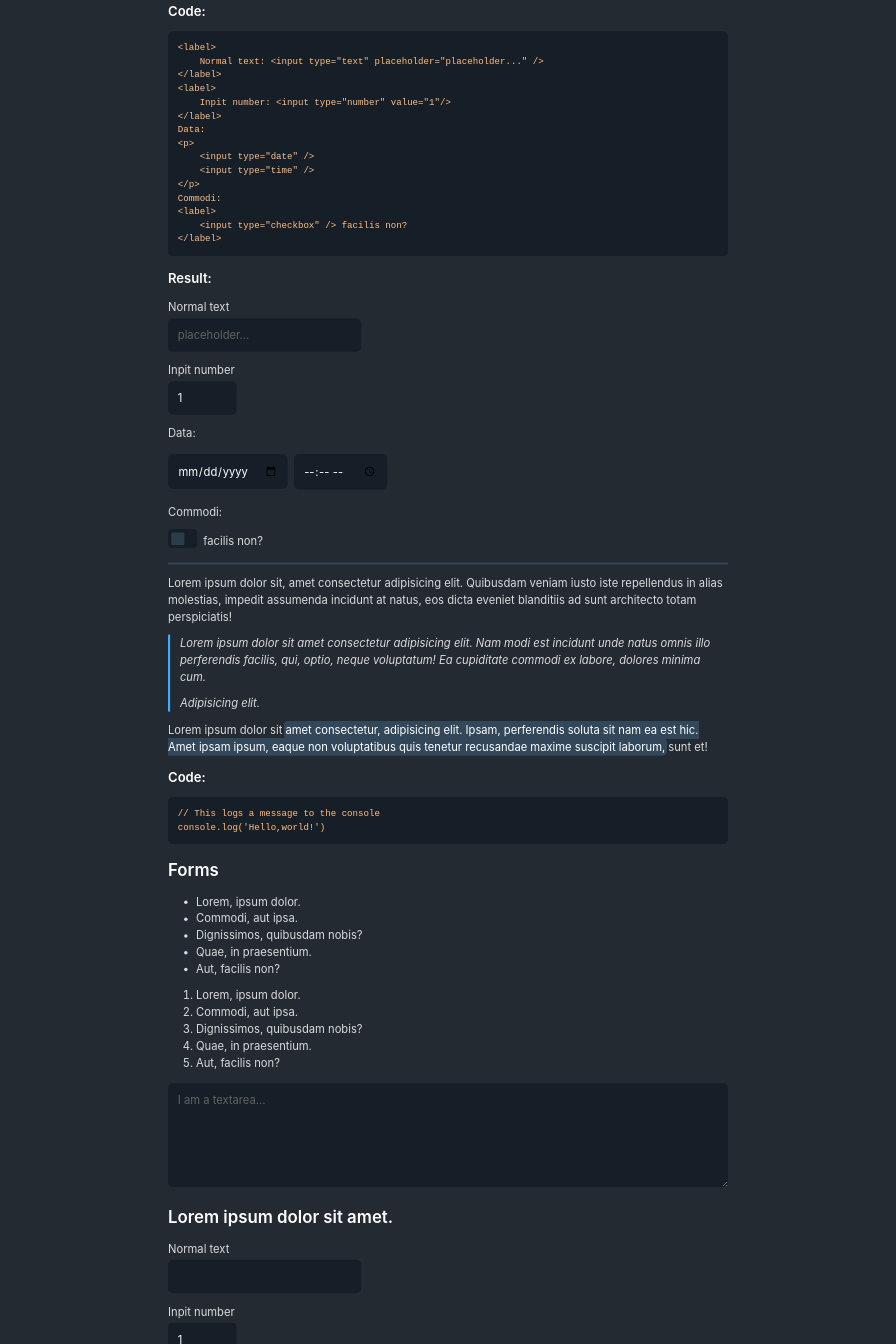
Repository: KozakBartosz/Draft
Page: index.html
An editor plug-in stored every save of this project. The page is shown before and after the next save, followed by the edit.
The browser window is 1280 px wide. The pictures show the part of the page from y = 622 to 2542 px (the page is 6247 px tall), at 70% of full size.

Above is the page before, as saved 2019-04-12 13:50:34.

### index.html
<!DOCTYPE html>
<html lang="en">
	<head>
		<meta charset="UTF-8" />
		<meta name="viewport" content="width=device-width, initial-scale=1.0" />
		<meta http-equiv="X-UA-Compatible" content="ie=edge" />
		<title>Draft.css</title>
		<link rel="stylesheet" href="draft.css" />
	</head>
	<body style="--sticky: calc(var(--mainpaddng) * 2 + 52px);">
		<header>
			<div style="float: right">
				Thema:
				<select name="" id="changethema">
					<option value="0">Defult</option>
					<option value="1">Defult mini</option>
					<option value="2">Light</option>
					<option value="3">Blood</option>
					<option value="4">Matrix</option>
				</select>
			</div>
			<h1 style="margin-bottom: 0">
				<input type="checkbox" checked="checked" /> Draft.css
			</h1>
		</header>
		<h1>The most simple css framwork</h1>
		<h2>What is <mark>draft.css</mark></h2>
		<p>
			Draft.css is targeted at quickly creating prototypes of forms and
			simple templates. Designed to written html code looked beautiful and
			did not require any class and non-standard elements.
		</p>

		<h2>Idea</h2>
		<p>
			The idea behind <strong>Draft.css</strong> is to create the most
			beautiful, useful and interesting styles without using Javascript.
		</p>
		<h2>How use?</h2>
		<p>
			All you have to do is add this code to the
			<mark>head</mark> section:
		</p>

		<pre><code>&lt;link rel="stylesheet" href="https://test.kozakbartosz.pl/draft/def.css" /&gt;</code></pre>

		<h1>Examples:</h1>

		<h3>Code:</h3>

		<pre><code>&lt;label&gt;<br />&nbsp; &nbsp; Normal text: &lt;input type="text" placeholder="placeholder..." /&gt;<br />&lt;/label&gt;<br />&lt;label&gt;<br />&nbsp; &nbsp; Inpit number: &lt;input type="number" value="1"/&gt;<br />&lt;/label&gt;<br />Data:<br />&lt;p&gt;<br />&nbsp; &nbsp; &lt;input type="date" /&gt;<br />&nbsp; &nbsp; &lt;input type="time" /&gt;<br />&lt;/p&gt;<br />Commodi:<br />&lt;label&gt;<br />&nbsp; &nbsp; &lt;input type="checkbox" /&gt; facilis non?<br />&lt;/label&gt;</code></pre>
		<h3>Result:</h3>
		<label>
			Normal text
			<input type="text" placeholder="placeholder..." />
		</label>
		<label>
			Inpit number
			<input type="number" value="1" />
		</label>
		Data:
		<p>
			<input type="date" />
			<input type="time" />
		</p>
		Commodi:
		<label> <input type="checkbox" /> facilis non? </label>

		<hr />

		<p>
			Lorem ipsum dolor sit, amet consectetur adipisicing elit. Quibusdam
			veniam iusto iste repellendus in alias molestias, impedit assumenda
			incidunt at natus, eos dicta eveniet blanditiis ad sunt architecto
			totam perspiciatis!
		</p>

		<cite>
			<p>
				Lorem ipsum dolor sit amet consectetur adipisicing elit. Nam
				modi est incidunt unde natus omnis illo perferendis facilis,
				qui, optio, neque voluptatum! Ea cupiditate commodi ex labore,
				dolores minima cum.
			</p>
			<p>Adipisicing elit.</p>
		</cite>

		<p>
			Lorem ipsum dolor sit
			<mark
				>amet consectetur, adipisicing elit. Ipsam, perferendis soluta
				sit nam ea est hic. Amet ipsam ipsum, eaque non voluptatibus
				quis tenetur recusandae maxime suscipit laborum,</mark
			>
			sunt et!
		</p>

		<h3>Code:</h3>
		<pre><code>// This logs a message to the console<br />console.log('Hello,world!')</code></pre>

		<h2>Forms</h2>

		<ul>
			<li>Lorem, ipsum dolor.</li>
			<li>Commodi, aut ipsa.</li>
			<li>Dignissimos, quibusdam nobis?</li>
			<li>Quae, in praesentium.</li>
			<li>Aut, facilis non?</li>
		</ul>
		<ol>
			<li>Lorem, ipsum dolor.</li>
			<li>Commodi, aut ipsa.</li>
			<li>Dignissimos, quibusdam nobis?</li>
			<li>Quae, in praesentium.</li>
			<li>Aut, facilis non?</li>
		</ol>
		<textarea
			name="about"
			id="about"
			placeholder="I am a textarea..."
			rows="6"
		></textarea>
		<h2>Lorem ipsum dolor sit amet.</h2>
		<label>
			Normal text
			<input type="text" />
		</label>
		<label>
			Inpit number <input type="number" / value="1">
		</label>
		Date:
		<p>
			<input type="date" />
			<input type="time" />
		</p>
		<label>
			Nazwa:
			<select name="" id="">
				<option value="">Wybierz</option>
				<option value="">Fuga aut vero</option>
				<option value="">veritatis accusamus</option>
				<option value="">quam</option>
			</select>
		</label>
		<label>
			Nazwa:
			<select name="" id="" multiple>
				<option value="">consectetur adipisicing</option>
				<option value="">Nemo nihil unde</option>
				<option value="">animi mollitia</option>
				<option value="">dolor sit amet</option>
			</select>
		</label>

		<h2>Simple table</h2>

		<table>
			<tr>
				<th>lorem</th>
				<th>lorem</th>
				<th>lorem</th>
			</tr>
			<tr>
				<td>lorem</td>
				<td>lorem</td>
				<td>lorem</td>
			</tr>
			<tr>
				<td>lorem</td>
				<td>lorem</td>
				<td>lorem</td>
			</tr>
		</table>

		<h2>Adv table</h2>
		<p>
			When we added the <code>&lt;thead&gt;</code> and
			<code>&lt;tbody&gt;</code> table has
			<code>table-layout: fixed</code> and
			<code>position: sticky</code> for thead
		</p>

		<table>
			<thead>
				<tr>
					<th width="5%">#</th>
					<th>Kod</th>
					<th>Nazwa</th>
					<th>Opis</th>
					<th width="120px"></th>
				</tr>
			</thead>
			<tbody>
				<tr>
					<td width="5%">1</td>
					<td><code>EDG-651</code></td>
					<td>Lorem ipsum dolor</td>
					<td>
						Lorem ipsum dolor sit amet, consectetur adipisicing
						elitdolor sitamet
					</td>
					<td width="120px" style="text-align: right;">
						<input type="checkbox" />
					</td>
				</tr>
				<tr>
					<td width="5%">2</td>
					<td><code>EDG-652</code></td>
					<td>Lorem ipsum dolor</td>
					<td>
						Lorem ipsum dolor sit amet, consectetur adipisicing
						elitdolor sitamet
					</td>
					<td width="120px" style="text-align: right;">
						<input type="checkbox" />
					</td>
				</tr>
				<tr>
					<td width="5%">3</td>
					<td><code>EDX-652*</code></td>
					<td>Lorem ipsum dolor</td>
					<td>
						Lorem ipsum dolor sit amet, consectetur adipisicing
						elitdolor sitamet
					</td>
					<td width="120px" style="text-align: right;">
						<input type="checkbox" />
					</td>
				</tr>
				<tr>
					<td width="5%">5</td>
					<td><code>EDD-655</code></td>
					<td>Lorem ipsum dolor</td>
					<td>
						Lorem ipsum dolor sit amet, consectetur adipisicing
						elitdolor sitamet
					</td>
					<td width="120px" style="text-align: right;">
						<input type="checkbox" />
					</td>
				</tr>
			</tbody>
			<tfoot>
				<tr>
					<td colspan="4">Lorem ipsum doreta: <b>3</b></td>
					<td width="120px"><button>Remove</button></td>
				</tr>
			</tfoot>
		</table>

		<h3>Checkbox</h3>
		<label> <input type="checkbox" /> Ale ma kota </label>

		<label> <input type="checkbox" /> Ale ma kota2 </label>

		<label> <input type="checkbox" /> Ale ma kota3 </label>

		<h3>Radio</h3>
		<label> <input type="radio" name="radio" /> Ale ma kota </label>
		<label> <input type="radio" name="radio" /> Ale ma kota2 </label>
		<label> <input type="radio" name="radio" /> Ale ma kota3 </label>

		<hr />

		<h2>Search</h2>

		<fieldset class="search">
			<legend>Szukaj</legend>
			<form action="produkty,szukaj" method="get">
				<input
					type="text"
					name="q"
					placeholder="Wpisz czego szukasz..."
				/>
				<button>Szukaj</button>
			</form>
		</fieldset>

		<h2>Change button color by html</h2>

		<h2>Code</h2>
		<pre><code>&lt;button&gt;Exit&lt;/button&gt;<br>&lt;button style="--button: #7e1616; --buttonhover: #b40d0d;"&gt;
	Ok<br>&lt;/button&gt;</code></pre>

		<h3>result</h3>
		<button>Exit</button>
		<button style="--button: #7e1616; --buttonhover: #b40d0d;">
			Ok
		</button>

		<h2>Details</h2>

		<details>
			<summary>Szczypta detali</summary>
			<p>Informacje szczegółowe na dany temat.</p>
		</details>

		<details open>
			<summary>Jeszcze wiecej szczegółów</summary>
			<p>Tu jest jeszcze wiecej informacji szczegółowych</p>
		</details>

		<details>
			<summary>Jeszcze wiecej szczegółów</summary>
			<p>
				Lorem ipsum dolor sit amet consectetur adipisicing elit. Minima
				fugiat explicabo assumenda ducimus nobis aliquid esse, ad ab
				sapiente officiis repellat et, nisi atque itaque autem ut
				architecto tempore consequatur.
			</p>
		</details>

		<h2>Real Form</h2>

		<details>
			<summary>Jeszcze wiecej szczegółów</summary>
			<p>
				Lorem ipsum dolor sit amet consectetur adipisicing elit. Minima
				fugiat explicabo assumenda ducimus nobis aliquid esse, ad ab
				sapiente officiis repellat et, nisi atque itaque autem ut
				architecto tempore consequatur.
			</p>
		</details>

		<form>
			<label for="email">Email</label>
			<input
				type="email"
				name="email"
				required=""
				id="email"
				value=""
				placeholder="john.doe@gmail.com"
			/>
			<label for="text">Text</label>
			<input
				type="text"
				name="email"
				required=""
				id="text"
				value=""
				placeholder="john.doe@gmail.com"
			/>

			<label for="id">User id (read only)</label>
			<input readonly="" name="id" id="id" value="04D6H89Z" />

			<label for="disabled">Random disabled input</label>
			<input
				disabled=""
				name="disabled"
				id="disabled"
				placeholder="Because why not?"
			/>

			<label for="about">About me</label>

			<input type="checkbox" name="remember" id="remember" checked="" />
			<label for="remember">Remember me</label>

			<input type="submit" />
		</form>

		<p>
			<strong>Lorem ipsum</strong> dolor sit,
			<a href="">amet consectetur adipisicing</a> elit.
			<i>Hic nobis</i> atque eligendi voluptatum doloribus rem praesentium
			veniam quo delectus explicabo, architecto ipsam ipsa unde vitae
			excepturi iusto nesciunt placeat ducimus.
		</p>
		<p>
			Lorem ipsum dolor sit amet consectetur adipisicing elit. Enim saepe
			quisquam delectus accusantium nam recusandae obcaecati ullam, non
			neque <a href="">commodi modi tempore </a>magni magnam. Tenetur
			officiis mollitia facere libero sint.
		</p>
		<h4>Lorem ipsum dolor sit amet.</h4>
		<p>
			Lorem ipsum dolor, sit amet consectetur adipisicing elit. Possimus,
			vero quibusdam. Rerum libero nihil aspernatur, ipsam vel voluptatem
			inventore quasi. Odit, sapiente? Delectus beatae laudantium sapiente
			cupiditate et libero? Corrupti.
		</p>

		<button>Send</button>
		<script>
			var themes = [
				[
					{ brand: "#41adff" },
					{ mainbg: "#232a31" },
					{ mainpaddng: "14px" },
					{ radius: "7px" },

					{ low: "#161f27" },
					{ like: "#2b3c4b" },
					{ midi: "#324759" },
					{ hight: "#0b7392" },

					{ text: "#dbdbdb" },
					{ textContrast: "#fff" },

					{ code: "#ffbe85" },

					{ button: "#2b3c4a" },
					{ buttonhover: "#334a5e" },
					{ buttontext: "#fff" },

					{ fillhover: "#1b2731" }
				],
				[
					{ brand: "#41adff" },
					{ mainbg: "#232a31" },
					{ mainpaddng: "12px" },
					{ radius: "12px" },

					{ low: "#161f27" },
					{ like: "#2b3c4b" },
					{ midi: "#324759" },
					{ hight: "#0b7392" },

					{ text: "#dbdbdb" },
					{ textContrast: "#fff" },

					{ code: "#ffbe85" },

					{ button: "#2b3c4a" },
					{ buttonhover: "#334a5e" },
					{ buttontext: "#fff" },

					{ fillhover: "#1b2731" }
				],
				[
					{ brand: "#41adff" },
					{ mainbg: "#ffffff" },
					{ mainpaddng: "14px" },
					{ radius: "7px" },

					{ low: "#e8f1fa" },
					{ like: "#cfe2f7" },
					{ midi: "#b2cee7" },
					{ hight: "#1db5e4" },

					{ text: "#3f4646" },
					{ textContrast: "#1a1f1f" },

					{ code: "#20595f" },

					{ button: "#3dcca1" },
					{ buttonhover: "#34e0ad" },
					{ buttontext: "#fff" },

					{ fillhover: "#e8f5ff" }
				],
				[
					{ mainpaddng: "18px" },
					{ radius: "3px" },
					{ brand: "#c21a1a" },
					{ mainbg: "#312323" },

					{ code: "#ffbe85" },

					{ text: "#dbdbdb" },
					{ textContrast: "#fff" },

					{ button: "#4a2b2b" },
					{ buttonhover: "#5e3333" },
					{ buttontext: "#fff" },

					{ fillhover: "#311b1b" },

					{ low: "#271616" },
					{ like: "#4b2b2b" },
					{ midi: "#593232" },
					{ hight: "#800f0f" }
				],
				[
					{ mainpaddng: "11px" },
					{ radius: "13px" },
					{ brand: "#1ac260" },
					{ mainbg: "#233126" },

					{ code: "#c0ff85" },

					{ text: "#dbdbdb" },
					{ textContrast: "#fff" },

					{ button: "#324a2b" },
					{ buttonhover: "#385e33" },
					{ buttontext: "#fff" },

					{ fillhover: "#1b3122" },

					{ low: "#162717" },
					{ like: "#2b4b2e" },
					{ midi: "#32593f" },
					{ hight: "#0f803a" }
				]
			];

			let changethema = document.getElementById("changethema");
			let root = document.documentElement;
			changethema.addEventListener("change", e => {
				console.log(e);
				var theme = themes[e.target.value];
				theme.forEach(element => {
					var k = Object.keys(element)[0];
					root.style.setProperty("--" + k, element[k]);
				});
			});
		</script>
	</body>
</html>

### draft.css
/* TO DO */
/* <details> */
:root {
	--brand: #41adff;
	--mainbg: #232a31;
	--mainpaddng: 14px;
	--radius: 7px;

	--low: #161f27;
	--like: #2b3c4b;
	--midi: #324759;
	--hight: #0b7392;

	--text: #dbdbdb;
	--textContrast: #fff;

	--code: #ffbe85;

	--button: #2b3c4a;
	--buttonhover: #334a5e;
	--buttontext: #fff;

	--fillhover: #1b2731;

	--sticky: 0px;
}
/*
:root {
	--brand: #41adff;
	--mainbg: #ffffff;
	--mainpaddng: 14px;
	--radius: 7px;

	--low: #e8f1fa;
	--like: #cfe2f7;
	--midi: #b2cee7;
	--hight: #1db5e4;

	--text: #3f4646;
	--textContrast: #1a1f1f;

	--code: #20595f;

	--button: #3dcca1;
	--buttonhover: #34e0ad;
	--buttontext: #fff;

	--fillhover: #e8f5ff;
} */

/* :root {
	--mainpaddng: 18px;
	--radius: 3px;
	--brand: #c21a1a;
	--mainbg: #312323;

	--code: #ffbe85;

	--text: #dbdbdb;
	--textContrast: #fff;

	--button: #4a2b2b;
	--buttonhover: #5e3333;
	--buttontext: #fff;

	--fillhover: #311b1b;

	--low: #271616;
	--like: #4b2b2b;
	--midi: #593232;
	--hight: #800f0f;
} */

/* :root {
	--mainpaddng: 11px;
	--radius: 13px;
	--brand: #1ac260;
	--mainbg: #233126;

	--code: #c0ff85;

	--text: #dbdbdb;
	--textContrast: #fff;

	--button: #324a2b;
	--buttonhover: #385e33;
	--buttontext: #fff;

	--fillhover: #1b3122;

	--low: #162717;
	--like: #2b4b2e;
	--midi: #32593f;
	--hight: #0f803a;
} */
body {
	font-family: -apple-system, BlinkMacSystemFont, "Segoe UI", "Roboto",
		"Oxygen", "Ubuntu", "Cantarell", "Fira Sans", "Droid Sans",
		"Helvetica Neue", sans-serif;
	line-height: 1.5;
	max-width: 800px;
	margin: 0px auto var(--mainpaddng);
	padding: 0 var(--mainpaddng);
	color: var(--text);
	background: var(--mainbg);
	text-rendering: optimizeLegibility;
}

label {
	display: block;
}
a,
a:active,
button,
button:active,
input,
input:active,
textarea,
details,
summary,
th,
td {
	outline: none;
	box-shadow: none;
	transition: background-color 0.2s ease, box-shadow 0.2s ease,
		transform 0.2s ease;
}
h1 {
	font-size: 2.2em;
	margin-top: 0;
}
h1,
h2,
h3,
h4,
h5,
h6 {
	margin-bottom: 12px;
}
h1,
h2,
h3,
h4,
h5,
h6,
strong {
	color: var(--textContrast);
	font-weight: 600;
}
button,
input[type="submit"],
input[type="button"],
input[type="checkbox"],
input[type="radio"] {
	cursor: pointer;
	display: inline-block;
}

input,
select,
button,
textarea {
	/* display: block; */
	color: var(--textContrast);
	background-color: var(--low);
	font-family: inherit;
	font-size: inherit;
	margin: 4px 4px 6px 0;
	padding: var(--mainpaddng);
	border: none;
	border-radius: var(--radius);
	outline: none;
	-webkit-appearance: none;
	vertical-align: middle;
}
input[type="number"] {
	max-width: calc(var(--mainpaddng) * 5);
}

button:hover,
input:hover,
select:hover,
textarea:hover,
textarea:hover {
	background-color: var(--fillhover);
}

label > input,
label > select {
	display: block;
}

textarea {
	margin-right: 0;
	width: 100%;
	box-sizing: border-box;
	resize: vertical;
}
button,
input[type="submit"],
input[type="button"] {
	color: var(--buttontext);
	background-color: var(--button);
	padding: var(--mainpaddng) calc(var(--mainpaddng) * 2);
}

select:not([multiple]) {
	padding-right: calc(var(--mainpaddng) * 3);
	background: var(--low)
		url("data:[embedded picture, 198 characters]")
		100% 50%/27px 7px no-repeat;
}

/* input:not([value=""]):invalid,
select:not([value=""]):invalid,
textarea:not([value=""]):invalid {
	box-shadow: 0 0 0 2px darkred;
} */

input:focus,
select:focus,
button:focus,
textarea:focus {
	background-color: var(--fillhover);
	box-shadow: 0 0 0 2px var(--hight);
}

button:focus,
input[type="submit"]:focus,
input[type="button"]:focus {
	background-color: var(--buttonhover);
}

button:hover,
input[type="submit"]:hover,
input[type="button"]:hover {
	background-color: var(--buttonhover);
	box-shadow: 0 5px 20px -5px rgba(0, 0, 0, 0.35), 0 3px 0 0 var(--button);
	transform: translateY(-3px);
}
button:active,
input[type="submit"]:active,
input[type="button"]:active {
	transform: translateY(0px);
	box-shadow: 0 5px 20px -5px rgba(0, 0, 0, 0.35);
}

input:disabled {
	cursor: not-allowed;
	opacity: 0.5;
}

input[type="radio"],
input[type="checkbox"] {
	margin-top: -2px;
	transition: background-color 0.25s ease,
		box-shadow 0.25s cubic-bezier(0.53, 1.59, 0.51, 1);
}
input[type="checkbox"] {
	background-color: var(--like);
	width: calc(var(--mainpaddng) * 3);
	box-shadow: calc(var(--mainpaddng) * -1) 0 0 calc(var(--mainpaddng) / 3)
			var(--low) inset,
		0 0 0 calc(var(--mainpaddng) / 3) var(--low) inset;
}
input[type="checkbox"]:hover,
input[type="radio"]:hover {
	background-color: var(--midi);
}
input[type="checkbox"]:focus {
	box-shadow: calc(var(--mainpaddng) * -1) 0 0 calc(var(--mainpaddng) / 3)
			var(--low) inset,
		0 0 0 calc(var(--mainpaddng) / 3) var(--low) inset,
		0 0 0 2px var(--hight);
}

input[type="radio"] {
	border-radius: 100%;
	box-shadow: 0 0 0 calc(var(--mainpaddng) / 2) var(--low) inset;
}
input[type="checkbox"]:checked,
input[type="radio"]:checked {
	box-shadow: 0 0 0 calc(var(--mainpaddng) / 3) var(--low) inset,
		0 0 0 2px var(--hight), 0 0 0 1px var(--low);
	background-color: var(--brand);
}

input[type="checkbox"]:checked {
	box-shadow: var(--mainpaddng) 0 0 calc(var(--mainpaddng) / 3) var(--low)
			inset,
		0 0 0 calc(var(--mainpaddng) / 3) var(--low) inset,
		0 0 0 2px var(--hight);
}

::placeholder {
	color: #636363;
}
a {
	text-decoration: none;
	color: var(--hight);
}
a:hover {
	text-decoration: underline;
	color: var(--brand);
}

mark {
	background: linear-gradient(var(--brand), var(--brand)) 50% 100%/100% 40%
		no-repeat;
	background: var(--midi);
	padding: 3px;
	margin: -3px;
	/* text-shadow: 1px 1px 1px var(--mainbg), -1px 1px 1px var(--mainbg),
		0px 1px 1px var(--mainbg); */
	color: var(--textContrast);
	border-radius: var(--radius);
}

ul,
ol,
label,
code,
p {
	margin: var(--mainpaddng) 0;
}

code,
kbd {
	background: var(--low);
	color: var(--code);
	padding: 4px;
	border-radius: var(--radius);
}

cite,
q {
	display: block;
	margin: var(--mainpaddng) 0;
	padding: 0 var(--mainpaddng);
	border-left: 3px solid var(--brand);
}

/* pre {
	margin: 0 calc(var(--mainpaddng) * -1);
} */
pre > code {
	display: block;
	overflow-x: auto;
	padding: var(--mainpaddng);
}
img {
	max-width: 100%;
}
hr {
	margin: var(--mainpaddng) 0;
	border: none;
	height: 3px;
	border-radius: calc(var(--radius) / 6);
	background: var(--midi);
}
fieldset {
	border: 3px solid var(--midi);
	border-radius: var(--radius);
}
fieldset > legend {
	font-weight: 600;
	color: var(--textContrast);
	padding: calc(var(--mainpaddng) / 2) calc(var(--mainpaddng));
}

details {
	padding: var(--mainpaddng);
	border-radius: var(--radius);
	padding-bottom: calc(var(--mainpaddng) + var(--radius));
	background: var(--low);
}

details:last-of-type {
	padding-bottom: var(--mainpaddng);
}

details + details {
	margin-top: calc(var(--radius) * -1);
	border-top: 1px solid var(--mainbg);
	border-radius: 0 0 var(--radius) var(--radius);
}

details[open],
details:hover:not([open]) {
	background: var(--like);
	z-index: 1;
}
details summary {
	cursor: pointer;
	margin: calc(var(--mainpaddng) * -1);
	padding: var(--mainpaddng);
}

table {
	/* display: block; */
	/* overflow-x: auto; */
	/* border-collapse: collapse; */
	margin: var(--mainpaddng) -1px;
	width: calc(100% + 2px);
	border-spacing: 1px;
	position: relative;
}
tbody,
tfoot,
thead {
	border-radius: calc(var(--radius) + 2px);
	overflow: hidden;
	background: var(--mainbg);
	table-layout: fixed;
	position: relative;
	z-index: 0;
	display: table;
	width: calc(100% + 2px);
}

header,
thead {
	background: var(--mainbg);
	position: sticky;
	top: var(--sticky);
	z-index: 5;
	box-shadow: 0px 12px 15px -15px rgba(0, 0, 0, 0.35);
}
header {
	z-index: 10;
	top: 0px;
	display: block;
	padding: var(--mainpaddng);
	margin: 0 calc(var(--mainpaddng) * -1) var(--mainpaddng);
}
td,
th {
	padding: var(--mainpaddng);
	background: var(--low);
}
th {
	color: var(--textContrast);
}
tr:hover td {
	background-color: var(--fillhover);
}

After the next save:
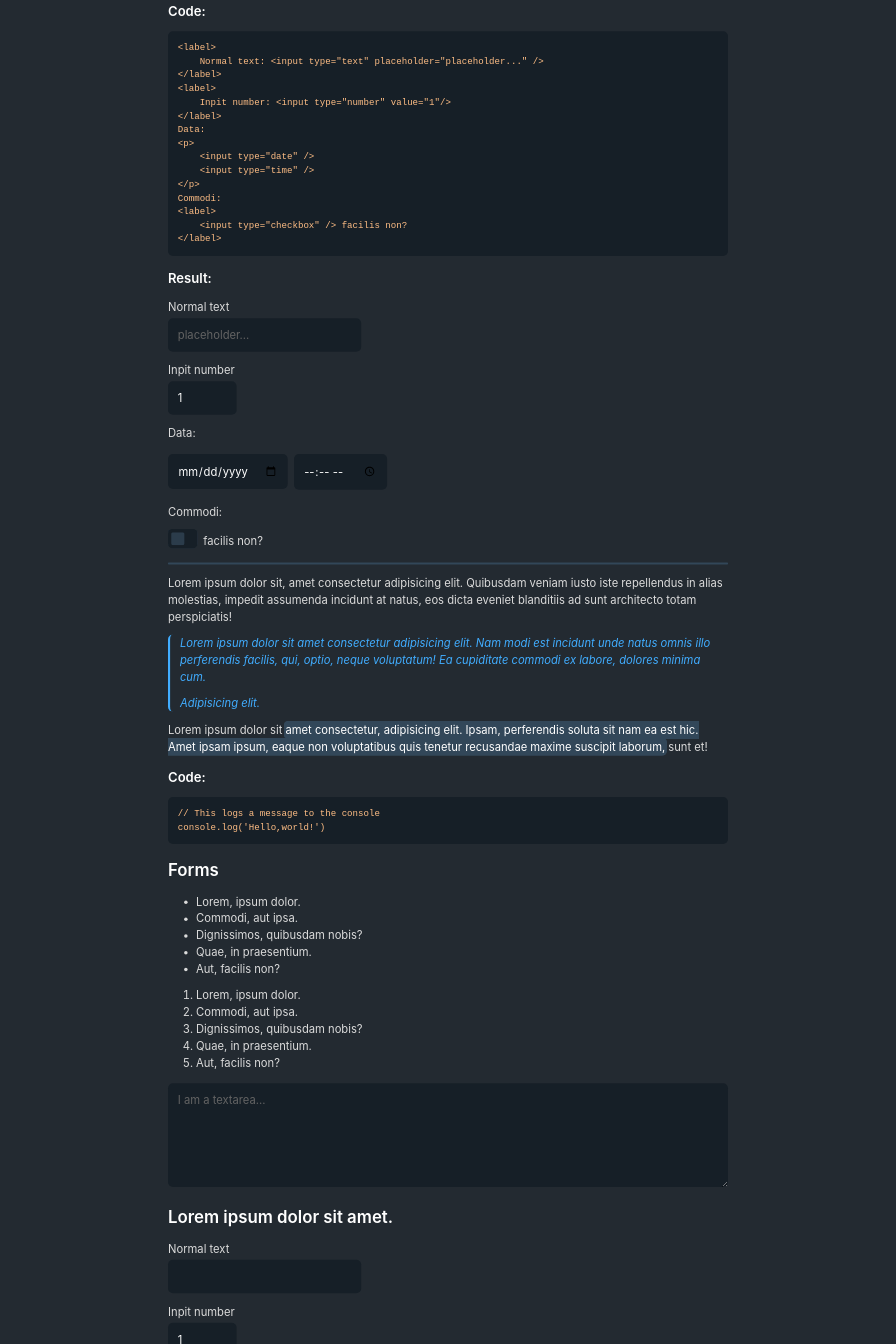
Saved 29 s later.
--- a/draft.css
+++ b/draft.css
@@ -336,6 +336,8 @@ cite,
 q {
 	display: block;
 	margin: var(--mainpaddng) 0;
+	color: var(--brand);
+	border-radius: var(--radius);
 	padding: 0 var(--mainpaddng);
 	border-left: 3px solid var(--brand);
 }
